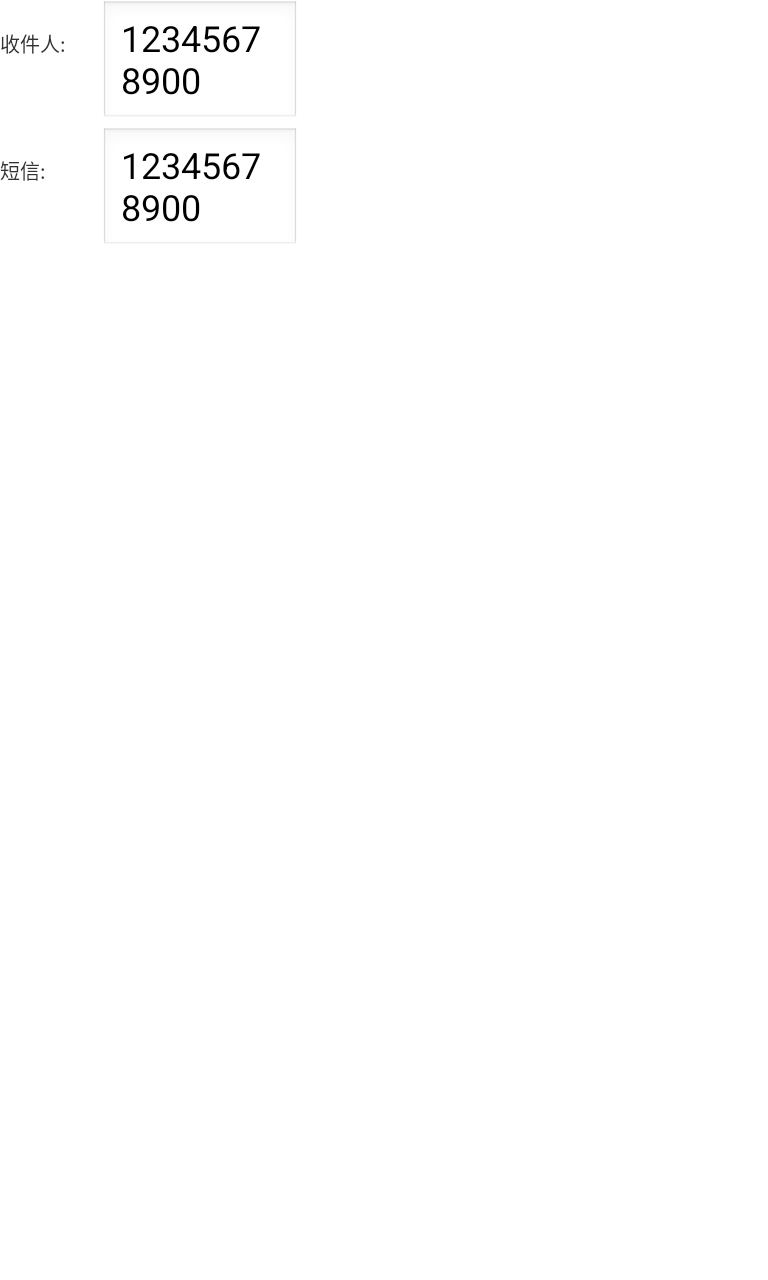
Repository: yorkLiu/android
Layout: IntentDemo/res/layout/sms_main.xml
These files come from the project's save history. The layout is drawn as it stood at one moment and after the next save; the edit follows.
It is drawn on a 768 x 1280 px phone screen (xhdpi) without system bars, with theme AppTheme; the app's code is not run.

Above is the layout before, as saved 2014-09-20 12:38:46.

### IntentDemo/res/layout/sms_main.xml
<?xml version="1.0" encoding="utf-8"?>
<TableLayout xmlns:android="http://schemas.android.com/apk/res/android"
    android:layout_width="fill_parent"
    android:layout_height="fill_parent" >

    <TableRow>
        <TextView
            android:layout_width="100px"
            android:layout_height="wrap_content"
            android:textSize="20px"
            android:text="收件人: "
            />
        <EditText
            android:id="@+id/receiver"
            android:layout_width="200px"
            android:layout_height="wrap_content"
            android:numeric="integer"
            android:text="12345678900"
            />
    </TableRow>

    <TableRow>
        <TextView
            android:layout_width="100px"
            android:layout_height="wrap_content"
            android:textSize="20px"
            android:text="短信: "
            />
        <EditText
            android:id="@+id/messageInfo"
            android:layout_width="200px"
            android:layout_height="wrap_content"
            android:numeric="integer"
            android:text="12345678900"
            />
    </TableRow>


</TableLayout>

Loaded but not shown: IntentDemo/res/values/styles.xml (common file)

After the next save:
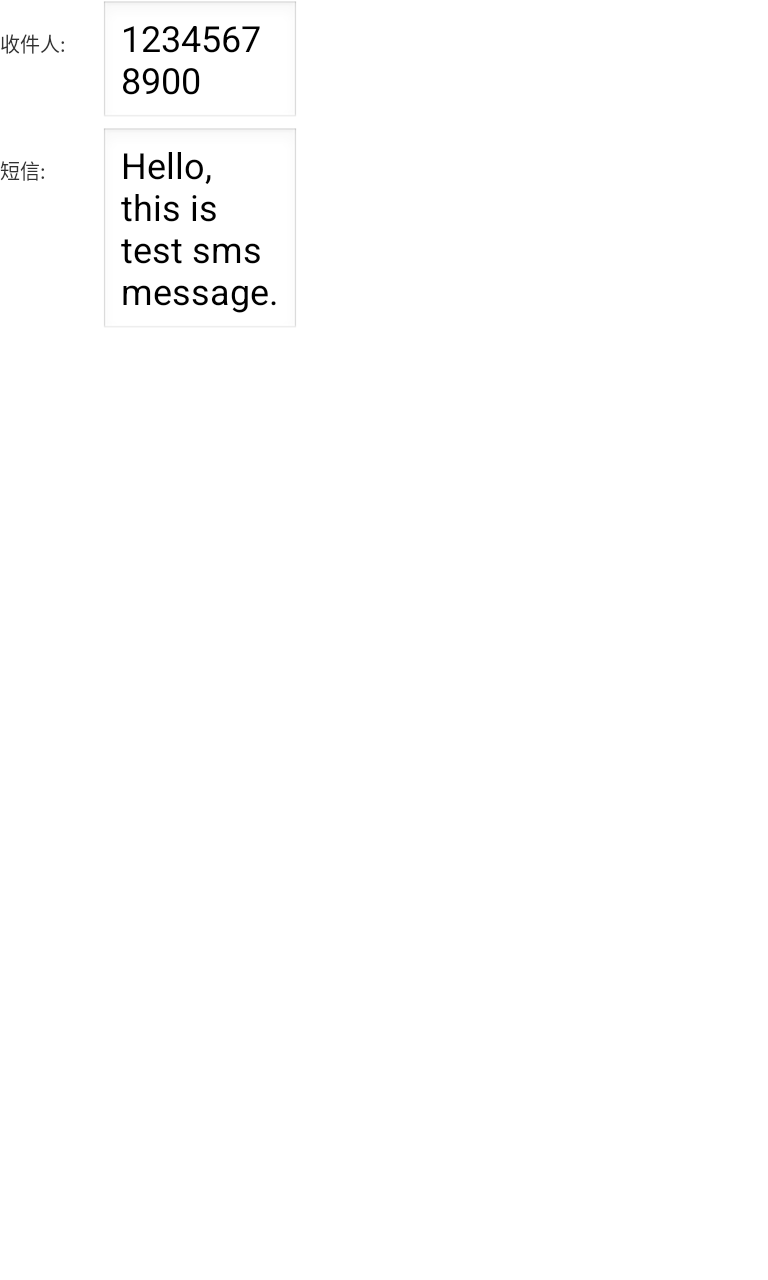
Saved 19 s later.
--- a/IntentDemo/res/layout/sms_main.xml
+++ b/IntentDemo/res/layout/sms_main.xml
@@ -31,7 +31,7 @@
             android:layout_width="200px"
             android:layout_height="wrap_content"
             android:numeric="integer"
-            android:text="12345678900"
+            android:text="Hello, this is test sms message."
             />
     </TableRow>
 
